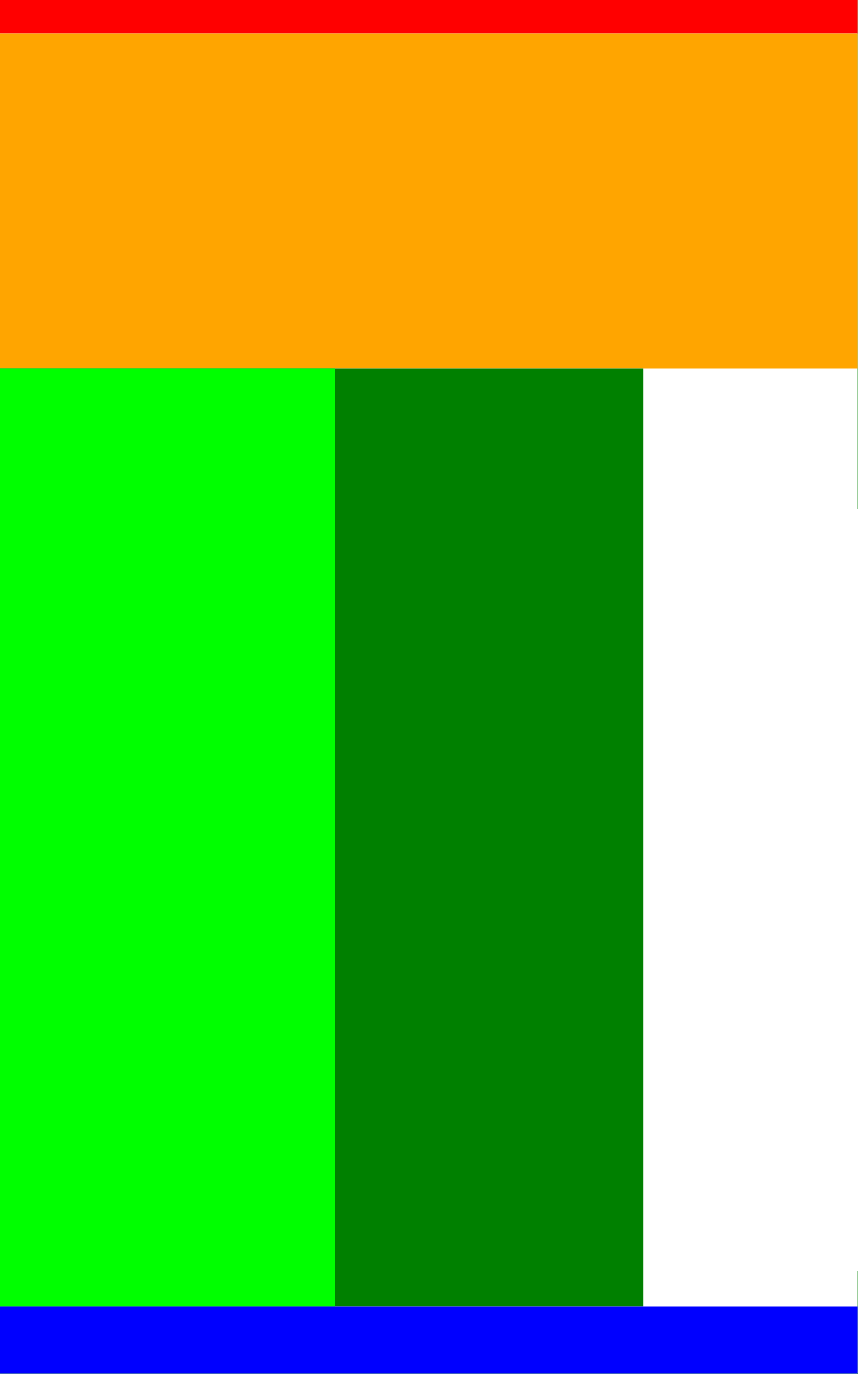
Repository: ryo32sun/Html-Practice
Page: practice/chapter4.html
The author's editor kept a record of every edit. The page is drawn from the files as they stood at one moment, then again after the next edit.
The browser window is 1280 px wide. The pictures show the whole page, at 67% of full size.

Above is the page before.

### practice/chapter4.html
<!DOCTYPE html>
<html lang="ja">
  <head>
    <meta charset="utf-8" />
    <!-- CSSファイルの読み込み -->
    <link rel="stylesheet" href="chapter4.css"/>
    <title>Chapter4</title>
  </head>

  <body>
    <!-- 赤いヘッダー -->
    <div class="header"></div>

    <!-- オレンジのメインビジュアル -->
    <div class="main-visual"></div>

    <!-- 薄緑のメイン -->
    <div class="main">
      <div class="line-left"></div>
      <div class="line"></div>
      <div class="line-right"></div>
    </div>

    <!-- 青いフッター -->
    <div class="footer"></div>

  </body>
</html>

### practice/chapter4.css
* {
  margin: 0;
  padding: 0;
  box-sizing: border-box;
}

.header {
  width: 100%;
  height: 50px;
  background-color: red;
}

.main-visual {
  width: 100%;
  height: 500px;
  background-color: orange;
}

.main {
  width: 960px;
  height: 1400px;
  background-color: green;
}

.line {
  width: 500px;
  height: 1400px;
  background-color: lime;
}

.footer {
  width: 100%;
  height: 100px;
  background-color: blue;
}

After the next edit:
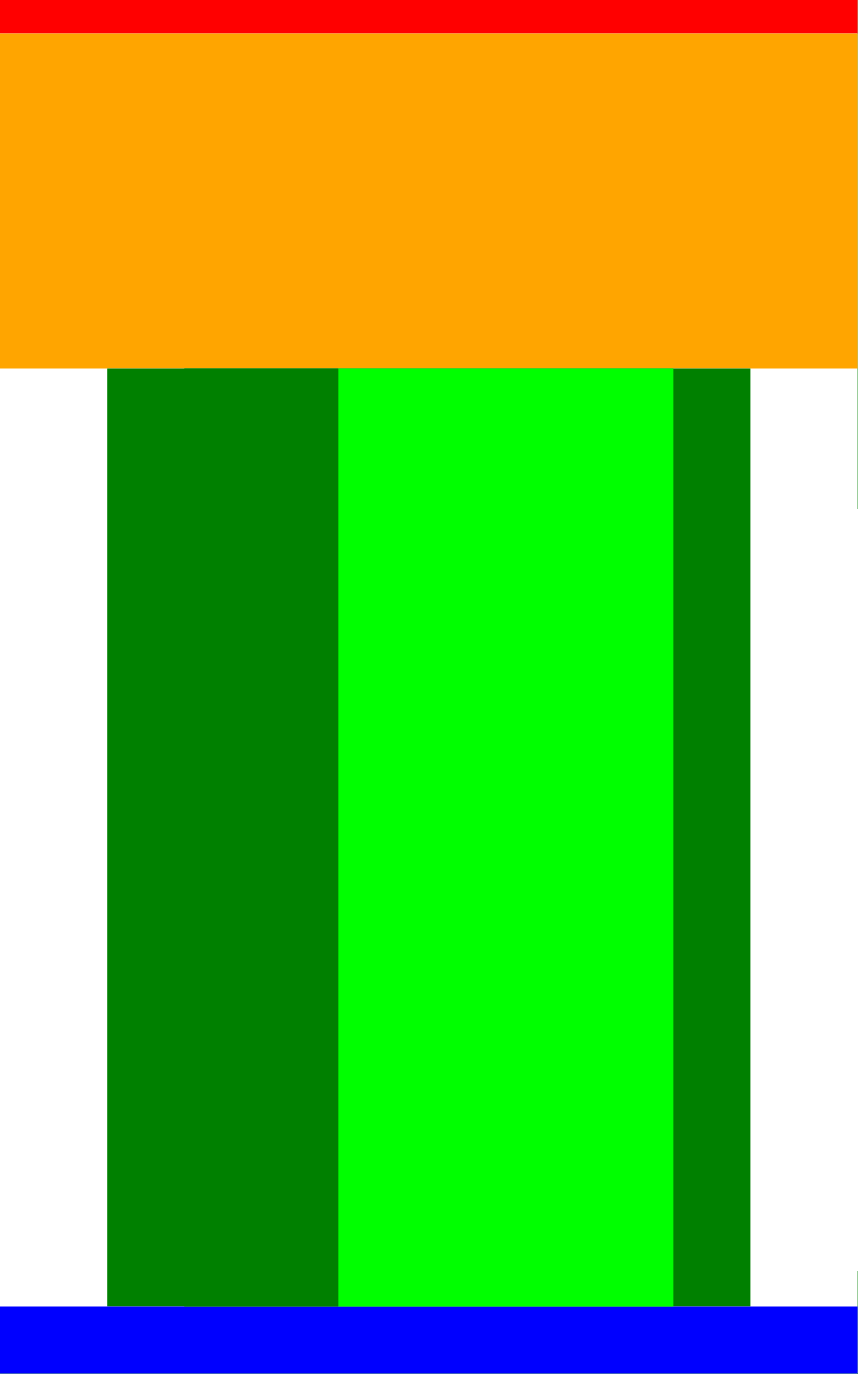
The edit:
--- a/practice/chapter4.css
+++ b/practice/chapter4.css
@@ -18,6 +18,14 @@
 
 .main {
   width: 960px;
+  background-color: green;
+  display: flex;
+  justify-content: center;
+  margin: 0 auto;
+}
+
+.line-left {
+  width: 230px;
   height: 1400px;
   background-color: green;
 }
